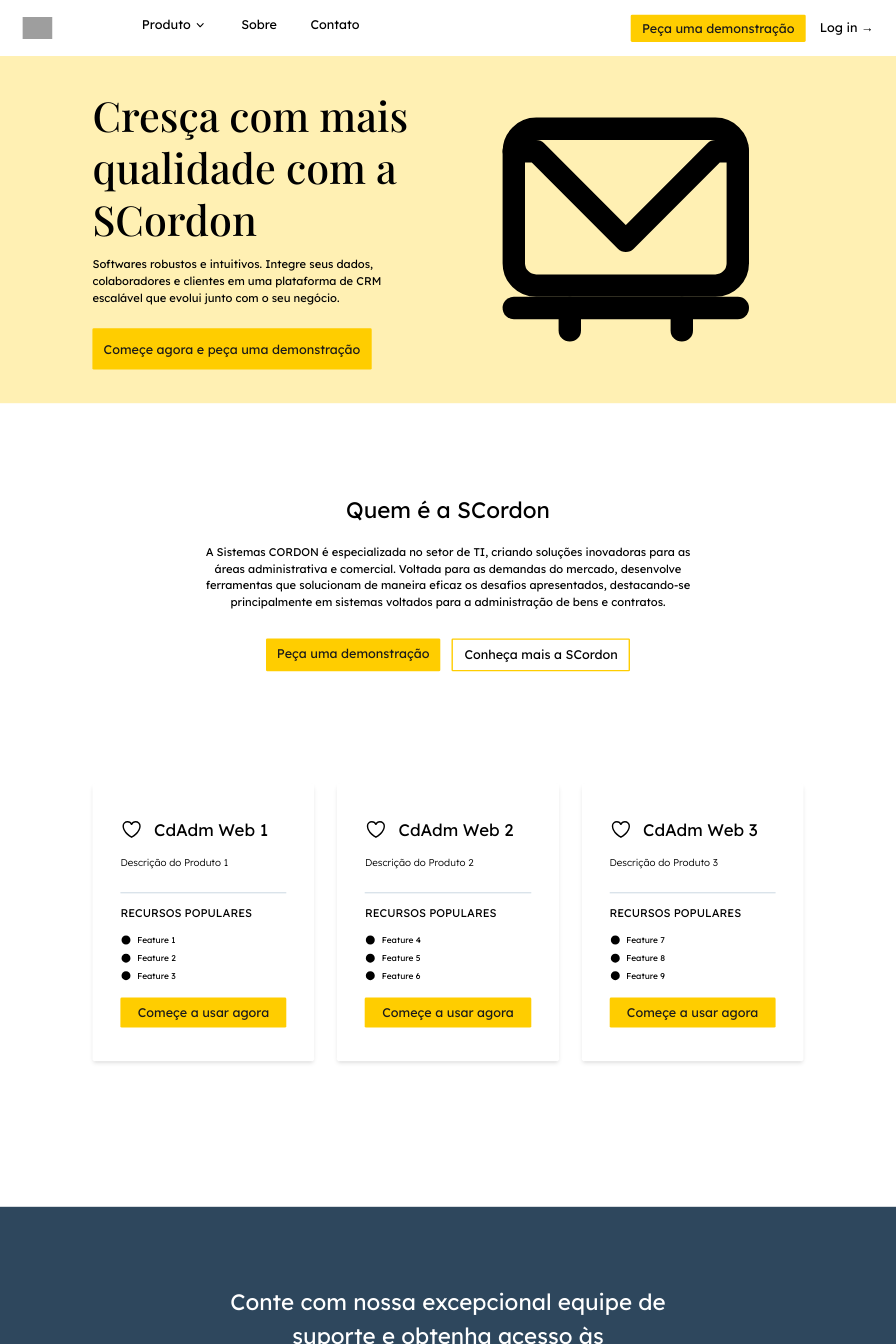
Repository: VereAbsolutum/site-institucional
Page: /
These files come from the project's save history. The page is drawn as it stood at one moment and after the next save; the edit follows.
The browser window is 1280 px wide. The pictures show the part of the page from y = 0 to 1920 px (the page is 3943 px tall before and 720 px after), at 70% of full size.
Pictures or frames that could not be fetched are drawn as grey boxes. The project was rebuilt for these pictures with package versions that can differ from the ones it lists, and the page was loaded fresh each time. Also part of the build but not shown: vite.config.ts, src/presentation/components/buttons/button-border-primary.tsx, src/presentation/components/links/link-border-white.tsx, src/presentation/components/typography/heading3.tsx, src/presentation/components/tab/tab.tsx, src/presentation/components/tab/tab-painel.tsx, src/presentation/components/accordion/accordion.tsx, src/presentation/pages/product/product.tsx and 1 more.

Above is the page before, as saved 2023-04-16 20:46:37.

After the next save:
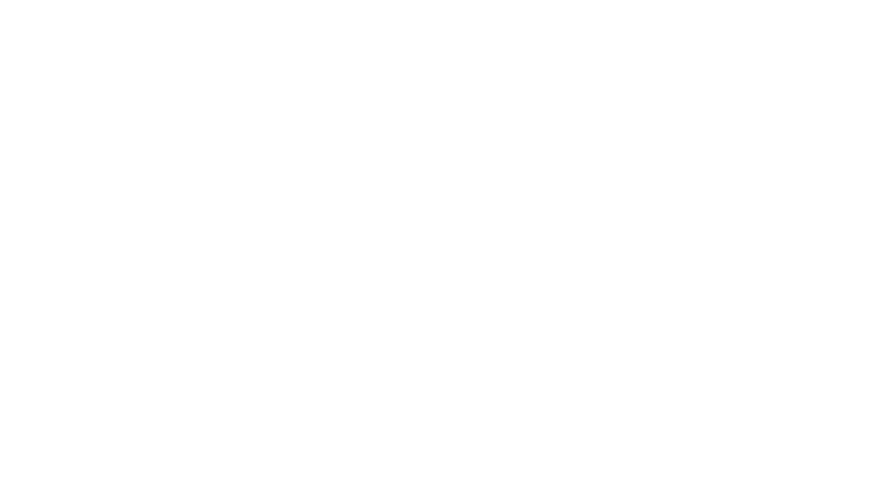
Console error: ReferenceError: Modal is not defined
Saved 6 min 3 s later.
--- a/src/presentation/components/header/header.tsx
+++ b/src/presentation/components/header/header.tsx
@@ -58,7 +58,7 @@ const header: React.FC = () => {
 
                 <div className="hidden lg:flex lg:flex-1 lg:justify-end align-items: center">
                     <div className='mr-5'>
-                        <LinkPrimary className='py-2'>
+                        <LinkPrimary href="" className='py-2'>
                             <TextMenu>
                                 Peça uma demonstração
                             </TextMenu>
@@ -79,6 +79,16 @@ const header: React.FC = () => {
                 products={products}
                 callsToAction={callsToAction}
             />
+
+            <Modal
+                isOpen={modalIsOpen}
+                onRequestClose={closeModal}
+                contentLabel="Formulário de Contato"
+                className="rounded p-4 mx-auto mt-24 bg-white w-11/12 sm:w-3/4 md:w-1/2 lg:w-1/3"
+                overlayClassName="fixed inset-0 bg-black bg-opacity-50 flex items-center justify-center"
+            >
+                <Contact />
+            </Modal>
         </header>
     )
 }

After the 5 saves that followed:
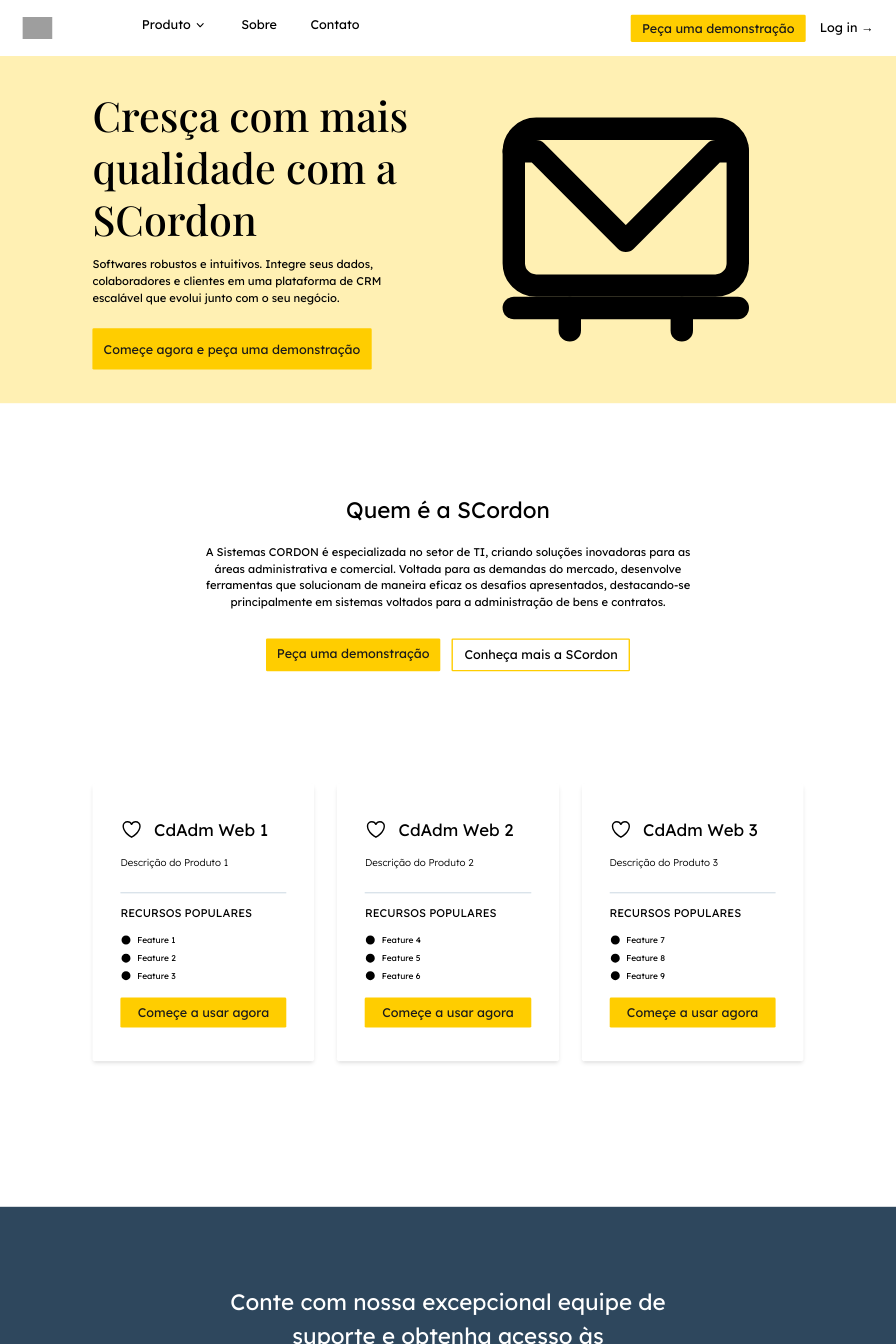
The error is gone.
The 5 saves are shown as one change because 3 left the picture as it was and some came seconds apart.
The last was saved 4 min 50 s later.
--- a/src/presentation/components/header/header.tsx
+++ b/src/presentation/components/header/header.tsx
@@ -1,4 +1,6 @@
 import React, { useState } from 'react'
+import Modal from 'react-modal';
+
 import {
     Bars3Icon,
     ChartPieIcon,
@@ -7,7 +9,7 @@ import {
 } from '@heroicons/react/24/outline'
 import { PhoneIcon, PlayCircleIcon } from '@heroicons/react/20/solid'
 import { MainMenu, MobileMenu } from './components'
-import { LinkPrimary, TextMenu } from '..'
+import { Contact, LinkPrimary, TextMenu } from '..'
 
 const products = [
     { name: 'CdAdm Web', description: 'Get a better understanding of your traffic', href: '#', icon: ChartPieIcon },
@@ -25,6 +27,15 @@ function classNames(...classes: string[]) {
 
 const header: React.FC = () => {
     const [mobileMenuOpen, setMobileMenuOpen] = useState(false)
+    const [modalIsOpen, setIsOpen] = useState(false);
+
+    const openModal = () => {
+        setIsOpen(true);
+    };
+
+    const closeModal = () => {
+        setIsOpen(false);
+    };
 
     return (
         <header className="bg-white">
